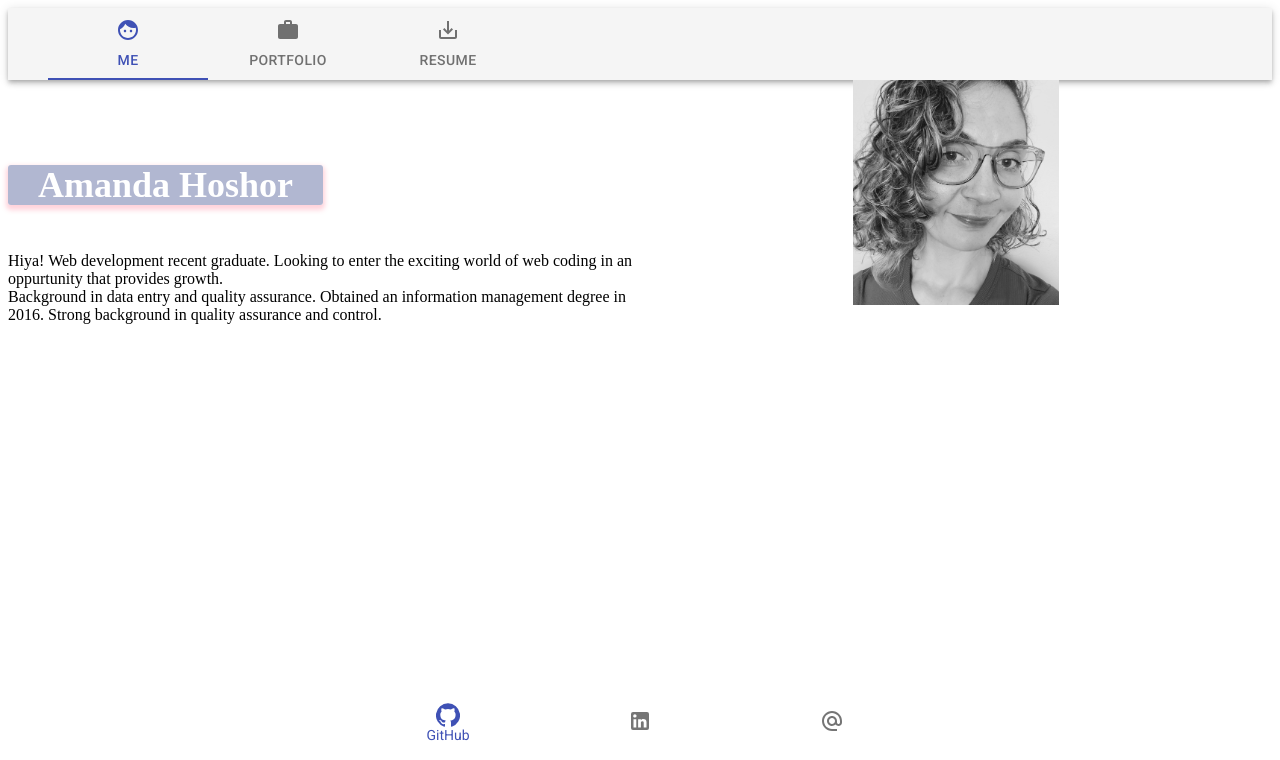
Repository: mandahos/hoshor
Page: /
The author's editor kept a copy of each file at every save. The page is drawn from the files as they stood at one save, then again after the next save.
The browser window is 1280 px wide. The pictures show the whole page.
The project was rebuilt for these pictures with package versions that can differ from the ones it lists, and the page was loaded fresh each time. Also part of the build but not shown: src/components/Portfolio/index.js, src/components/Resume/index.js. Imported but missing from the stored project, and not drawn on this page: src/assets/resume/Amanda_Hoshor_Resume.PDF, src/assets/resume/Resume_Hoshor (1).pdf.

Above is the page before, as saved 2021-08-22 08:26:37.

After the next save:
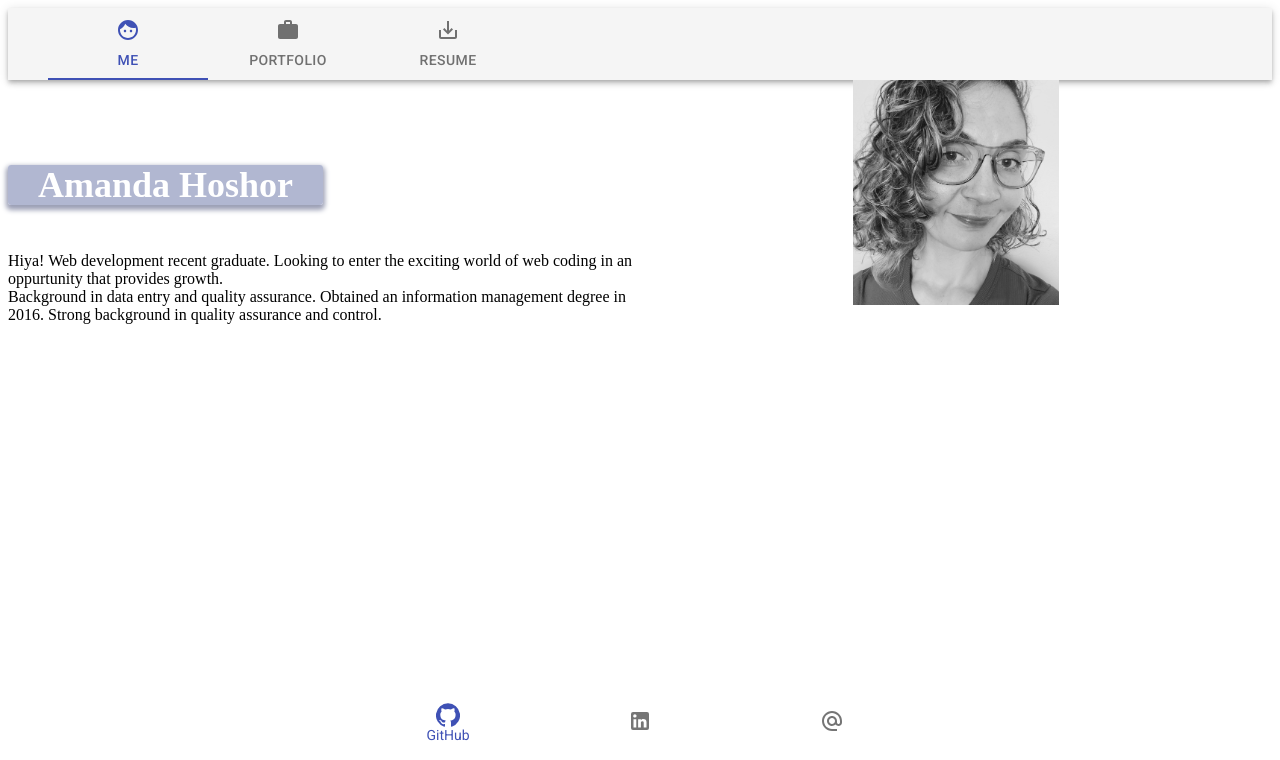
Saved 51 s later.
--- a/src/components/Me/index.js
+++ b/src/components/Me/index.js
@@ -19,11 +19,12 @@ const useStyles = makeStyles({
     background: '#b1b7d1',
     border: 0,
     borderRadius: 3,
-    boxShadow: '0 3px 5px 2px rgba(255, 105, 135, .3)',
+    boxShadow: '0 3px 5px 2px #9b9fb5',
+
     color: 'white',
     height: 48,
     padding: '0 30px',
-    text: 'Amiko'
+
   },
 });
 
